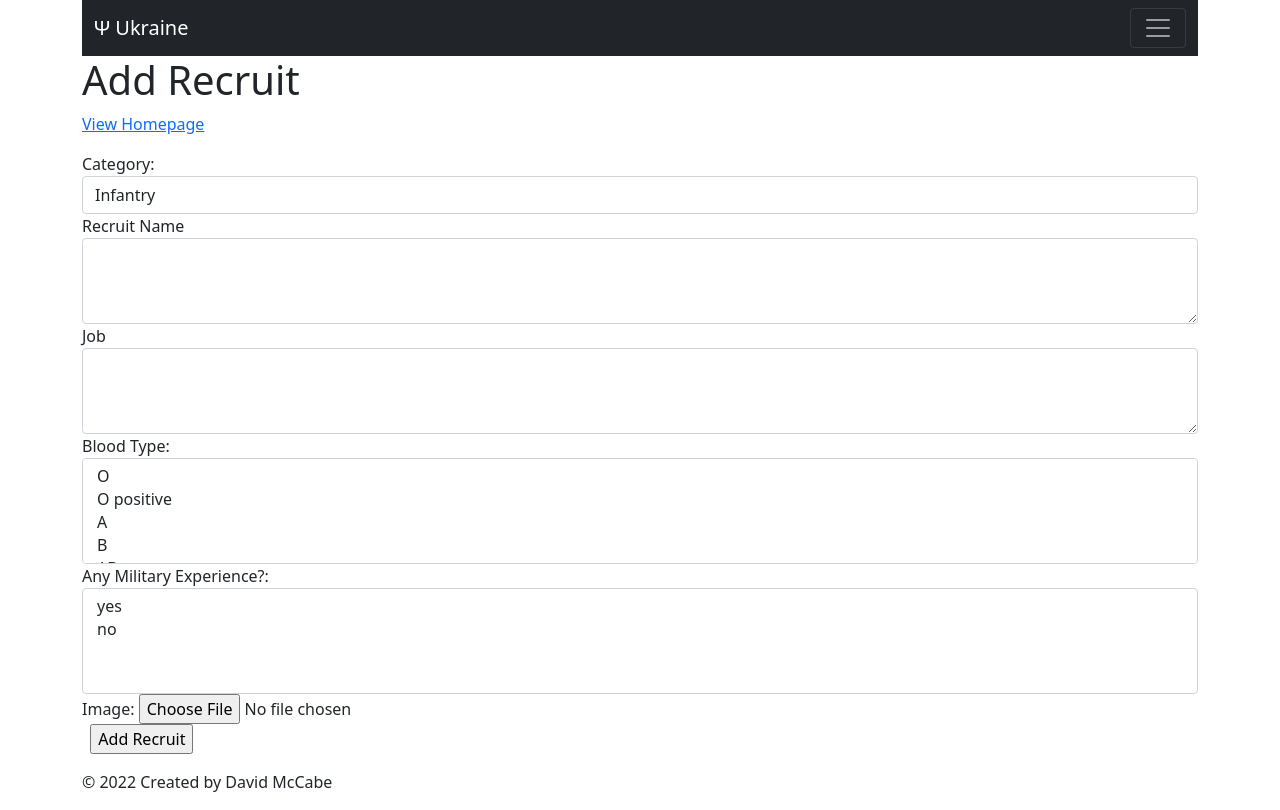
Repository: davidDKIT/ca2-davidmccabe-php
Page: http://localhost/add_record_form.php
The author's editor kept a copy of each file at every save. The page is drawn from the files as they stood at one save, then again after the next save.
The browser window is 1280 px wide. The pictures show the whole page.
The page is run by PHP 8.4 with error messages shown; the project is at /var/www/html/. The database holds what the project's SQL file puts in it.

Above is the page before, as saved 2022-03-15 19:19:34.

After the next save:
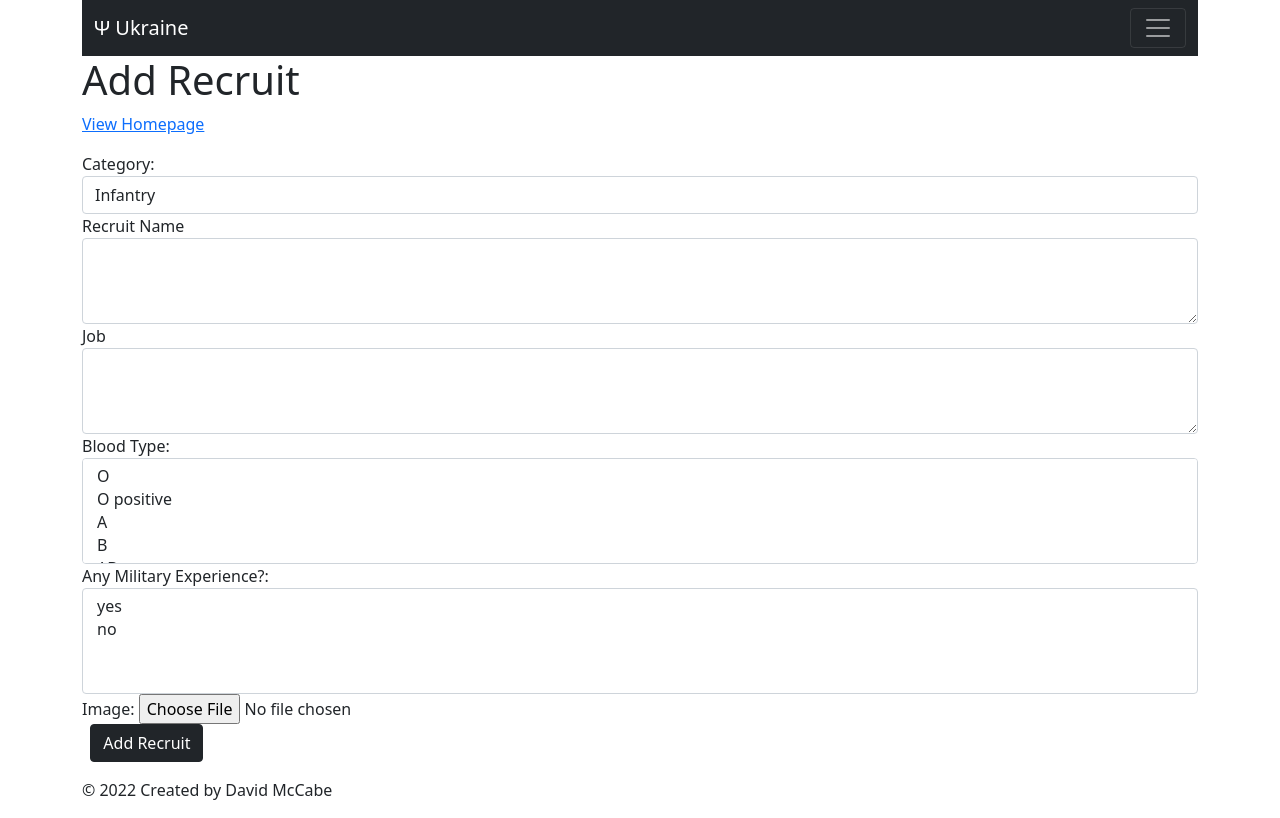
Saved 114 min 20 s later.
--- a/add_record_form.php
+++ b/add_record_form.php
@@ -50,7 +50,7 @@ $statement->closeCursor();
       <br>
     </div>
     <label>&nbsp;</label>
-    <input type="submit" value="Add Recruit">
+    <input class="btn btn-dark" type="submit" value="Add Recruit">
     <br>
   </form>
 
